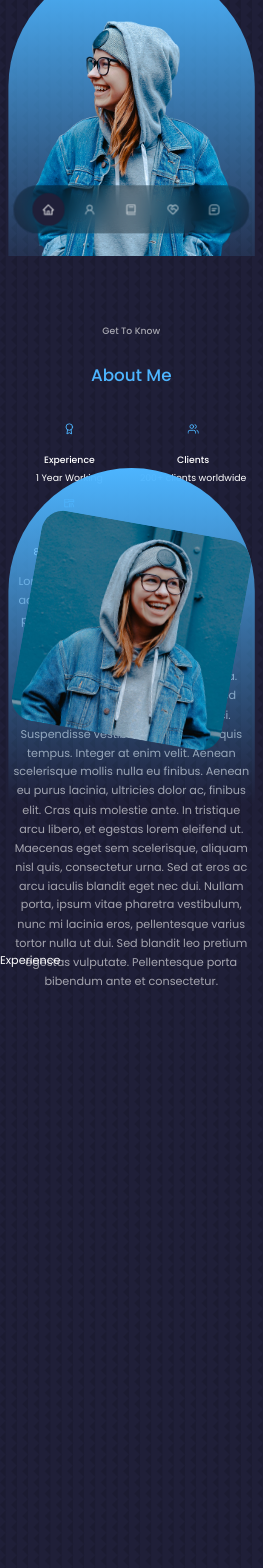
Repository: smallchungus/resumeWebsite
Page: / (app in hello/)
The author's editor kept a copy of each file at every save. The page is drawn from the files as they stood at one save, then again after a run of saves.
The browser window is 375 px wide. The pictures show the part of the page from y = 434 to 2674 px (the page is 6203 px tall), at 70% of full size.
The project was rebuilt for these pictures with package versions that can differ from the ones it lists, and the page was loaded fresh each time. Also part of the build but not shown: hello/src/components/experience/experience.css, hello/src/components/portfolio/portfolio.css, hello/src/components/contact/contact.css, hello/src/components/footer/footer.css. Imported but missing from the stored project, and not drawn on this page: hello/src/assets/cv.pdf.

Above is the page before, as saved 2023-03-23 18:13:41.

### hello/public/index.html
<!DOCTYPE html>
<html lang="en">

<head>
    <meta charset="UTF-8">
    <meta http-equiv="X-UA-Compatible" content="IE=edge">
    <meta name="viewport" content="width-device-width, initial-scale=1.0">
    <title>Resume Portfolio Website</title>
</head>
<body>
    <div id="root"></div>
</body>
</html>

### hello/src/App.jsx
import React from 'react'
import Header from './components/header/Header'
import Nav from './components/nav/Nav'
import About from './components/about/About'
import Experience from './components/experience/Experience'
import Services from './components/services/Services'
import Portfolio from './components/portfolio/Portfolio'
import Testimonial from './components/testimonial/Testimonial'
import Contact from './components/contact/Contact'
import Footer from './components/footer/Footer'

const App = () => {
  return (
    <>
    <Header />
    <Nav />
    <About />
    <Experience />
    <Services />
    <Portfolio />
    <Testimonial />
    <Contact />
    <Footer />
    </>
  )
}

export default App

### hello/src/index.css
@import url('https://fonts.googleapis.com/css2?family=Poppins:wght@300;400;500;600&display=swap');

*{
    margin: 0;
    padding: 0;
    border :0;
    outline: 0;
    box-sizing: border-box;
    list-style: none;
    text-decoration: none;

}

:root {
    --color-bg: #1f1f38;
    --color-bg-variant: #2c2c6c;
    --color-primary: #4db5ff;
    --color-primary-variant: rgba(77, 181, 255, 0.4);
    --color-white: #fff;
    --color-light: rgba(255,255,255,0.6);

    --transition: all 400ms ease;

    --container-width-lg: 75%;
    --container-width-md: 86%;
    --container-width-sm: 90%;

}

html{
    scroll-behavior: smooth;
}

body{
    font-family: 'Poppins', sans-serif;
    background: var(--color-bg);
    color: var(--color-white);
    line-height: 1.7;
    background-image: url(../src/assets/bg-texture.png)
}

/* ======================= General Styles =================*/

.container{
    width: var(--container-width-lg);
    margin: 0 auto;
}

h1,h2,h3,h4,h5{
    font-weight: 500;
}

h1{
    font-size:2.5rem;

}

section {
    margin-top: 8rem;
    height: 100vh;
}

section > h2, section > h5 {
    text-align: center;
    color: var(--color-light);
}

section > h2 {
    color: var(--color-primary);
    margin-bottom: 3rem;
}

.text-light{
    color:var(--color-light);
}

a{
    color: var(--color-primary);
    transition: var(--transition);
}

a:hover{
    color: var(--color-white);
}

.btn{
    width: max-content;
    display: inline-block;
    color: var(--color-primary);
    padding: 0.75rem 1.2rem;
    border-radius: 0.4rem;
    cursor: pointer;
    border: 1px solid var(--color-primary);
    transition: var( --transition );
}

.btn:hover{
    background: var(--color-white);
    color: var(--color-bg);
    border-color: transparent;
}

.btn-primary{
    background: var(--color-primary);
    color: var(--color-bg);
}

img{
    display: block;
    width: 100%;
    object-fit: cover;
}


/*==================Media Queries (Medium Devices ) ============= */
@media screen and (max-width: 1024px) {
    .container{
        width: var(--container-width-md);
    }

    section{
        margin-top: 6rem;
    }
}

/*==================Media Queries (Small Devices ) ============= */
@media screen and (max-width: 600px) {
    .container{
        width: var(--container-width-sm);
    }

    section > h2{
        margin-top: 2rem;
    }
}

### hello/src/components/header/Header.jsx
import React from 'react'
import './header.css'
import CTA from './CTA'
import ME from '../../assets/me.png'
import HeaderSocials from './HeaderSocials'
const Header = () => {
  return (
    <header>
      <div className="container header_container">
        <h5>Hello I'm</h5>
        <h1>William Chen</h1>
        <h5 className='text-light'>Fullstack Developer</h5>
        <CTA />
        <HeaderSocials/>

        <div className="me">
          <img src={ME} alt="me" />
        </div>

        <a href='#contact' className='scroll_down'>Scroll down</a>
      </div>
    </header>
  )
}

export default Header

### hello/src/components/nav/Nav.jsx
import React from 'react'
import './nav.css'
import {AiOutlineHome} from 'react-icons/ai'
import {AiOutlineUser}  from 'react-icons/ai'
import {BiBook} from 'react-icons/bi'
import {RiServiceLine} from 'react-icons/ri'
import {BiMessageSquareDetail} from 'react-icons/bi'
import {useState} from 'react'

const Nav = () => {
  const[activeNav, setActiveNav] = useState('#');
  return (
    <nav>
      <a href="#" onClick={() => setActiveNav('#')} className={activeNav === '#' ? 'active' : ''}><AiOutlineHome/></a>
      <a href="#about" onClick={() => setActiveNav('#about')} className={activeNav === '#about' ? 'active' : ''}><AiOutlineUser/></a>
      <a href="#experience" onClick={() => setActiveNav('#experience')} className={activeNav === '#experience' ? 'active' : ''}><BiBook/></a>
      <a href="#services" onClick={() => setActiveNav('#services')} className={activeNav === '#services' ? 'active' : ''}><RiServiceLine/></a>
      <a href="#contact" onClick={() => setActiveNav('#contact')} className={activeNav === '#contact' ? 'active' : ''}><BiMessageSquareDetail/></a>
    </nav>
  )
}

export default Nav

### hello/src/components/about/About.jsx
import React from 'react'
import './about.css'
import ME from '../../assets/me-about.jpg'
import {FiAward} from 'react-icons/fi'
import {FiUsers} from 'react-icons/fi'
import {VscFolderLibrary} from 'react-icons/vsc'

const About = () => {
  return (
    <section id='about'>
      <h5>Get To Know </h5>
      <h2>About Me</h2>

      <div className="container about_container">
        <div className="about me" >
          <div className="about_me-image">
          <img src={ME} alt="About Image" />
          </div>
        </div>

        <div className="about_content">
          <div className="about_cards">
            <article classNane="about_card">
              <FiAward className='about_icon'/>
              <h5>Experience</h5>
              <small>1 Year Working</small>
            </article>

            <article classNane="about_card">
              <FiUsers className='about_icon'/>
              <h5>Clients</h5>
              <small>200+ clients worldwide</small>
            </article>

            <article classNane="about_card">
              <VscFolderLibrary className='about_icon'/>
              <h5>Projects</h5>
              <small>80+ completed</small>
            </article>
          </div>

          <p>
          Lorem ipsum dolor sit amet, consectetur adipiscing elit. Etiam lacinia nisl sit amet placerat gravida. Phasellus nibh neque, placerat in faucibus
          id, eleifend id dui. Nunc ultrices condimentum elit eu faucibus. Curabitur sed libero magna. Pellentesque magna dui, egestas sed turpis
          sit amet, pretium dictum orci. Suspendisse vestibulum lacinia elit quis tempus. Integer at enim velit. Aenean scelerisque mollis nulla eu finibus. Aenean eu purus lacinia, ultricies dolor ac, finibus elit.
          Cras quis molestie ante. In tristique arcu libero, et egestas lorem eleifend ut. Maecenas eget sem scelerisque, aliquam nisl quis, consectetur urna. Sed at eros ac arcu iaculis blandit eget nec dui. Nullam porta,
          ipsum vitae pharetra vestibulum, nunc mi lacinia eros, pellentesque varius tortor nulla ut dui. Sed blandit leo pretium egestas vulputate. Pellentesque porta bibendum ante et consectetur.



          </p>


        </div>

      </div>

    </section>
  )
}

export default About

### hello/src/components/experience/Experience.jsx
import React from 'react'
import './experience.css'
const Experience = () => {
  return (
    <section id='experience'>Experience</section>
  )
}

export default Experience

### hello/src/components/portfolio/Portfolio.jsx
import React from 'react'
import './portfolio.css'


const Portfolio = () => {
  return (
    < section id='portfolio'>Portfolio</section>
  )
}

export default Portfolio

### hello/src/components/testimonial/Testimonial.jsx
import React from 'react'
import './testimonial.css'
const Testimonial = () => {
  return (
    <section id='testimonials'>Testimonial</section>
  )
}

export default Testimonial

### hello/src/components/contact/Contact.jsx
import React from 'react'
import './contact.css'
const Contact = () => {
  return (
    <section id='contact'>Contact</section>
  )
}

export default Contact

### hello/src/components/header/header.css
header {
    height: 100vh;
    padding-top: 7rem;
    overflow: hidden;
}

.header_container{
    text-align: center;
    height: 100%;
    position: relative;
}

/*========================= CTA ======================= */
.cta {
    margin-top: 2.5rem;
    display: flex;
    gap: 1.2rem;
    justify-content: center;

}

/* ======================= Header Socials ==================== */
.header_socials {
    display: flex;
    flex-direction: column;
    align-items: center;
    gap: 0.8rem;
    position: absolute;
    left: 0;
    bottom: 3rem;

}

.header_socials::after{
    content: '';
    width: 1px;
    height: 2rem;
    background: var(--color-primary);
}

/* ===================== ME ==================*/

.me{
    background: linear-gradient(var(--color-primary), transparent);
    width: 22rem;
    height: 30rem;
    position: absolute;
    left: calc(50% - 11rem);
    margin-top: 4rem;
    border-radius: 12rem 12rem 0 0;
    overflow: hidden;
    padding: 5rem 1.5rem 1.5rem 1.5rem;

}

.scroll_down {
    position: absolute;
    right: -2.3rem;
    bottom: 5rem;
    transform: rotate(90deg);
    font-weight: 300;
    font-size: 0.9rem;
}

@media screen and (max-width: 600px) {
    header {
        height: 100vh;
    }
}

@media screen and (max-width: 600px)
{
    header {
        height: 100vh;
    }

    .header_socials, .scroll_down{
        display: none;
    }
}

### hello/src/components/header/CTA.jsx
import React from 'react'
import CV from '../../assets/cv.pdf'
const CTA = () => {
  return (
    <div className ='cta'>
        <a href={CV} download className='btn'>Download CV</a>
        <a href="#contact" className='btn btn-primary'>Let's Talk</a>
    </div>
  )
}

export default CTA

### hello/src/components/header/HeaderSocials.jsx
import React from 'react'
import {BsLinkedin} from 'react-icons/bs'
import {BsGithub} from 'react-icons/bs'
import {AiFillDribbbleSquare} from 'react-icons/ai'
const HeaderSocials = () => {
  return (
    <div className='header_socials'>
        <a href="https://linkedin.com/willchenn" target="_blank"><BsLinkedin></BsLinkedin></a>
        <a href="https://github.com/smallchungus" target="_blank"><BsGithub></BsGithub></a>
        <a href="https://dribble.com/" target="_blank"><AiFillDribbbleSquare></AiFillDribbbleSquare></a>
        </div>
  )
}

export default HeaderSocials

### hello/src/components/nav/nav.css
nav {
    background: rgba(0, 0, 0, 0.3);
    width: max-content;
    display: block;
    padding: 0.7rem 1.7rem;
    z-index: 2;
    position: fixed;
    left: 50%;
    transform: translateX(-50%);
    bottom: 2rem;
    display: flex;
    gap: 0.8rem;
    border-radius: 3rem;
    backdrop-filter: blur(15px);
}

nav a{
    background: transparent;
    padding: 0.9rem;
    border-radius: 50%;
    display: flex;
    color: var(--color-light);
    font-size: 1.1rem;
}

nav a:hover{
    background: rgba(0,0,0,0.3);
}

nav a.active {
    background: var(--color-bg);
    color: var(--color-white);
}

### hello/src/components/about/about.css
.about_container {
    display: grid;
    grid-template-columns: 35% 50%;
    gap: 15%;
}

.about_me {
    width: 100%;
    aspect-ratio: 1/1;
    border-radius: 2rem;
    background: linear-gradient(
        45deg,
        transparent,
        var(--color-primary),
        transparent
    );
    display: grid;
    place-items: center;
}

.about_me-image{
    border-radius: 2rem;
    overflow: hidden;
    transform: rotate(10deg);
    transition: var(--transition);

}

.about_me-image:hover{
    transform: rotate(0);
}

.about_cards{
    display: grid;
    grid-template-columns: repeat(3, lfr);
    gap: 1.5rem;
}

.about_card {
    background: var(--color-bg-variant);
    border: 1px solid transparent;
    border-radius: 1rem;
    padding: 2rem;
    text-align: center;
    transition: var(--transition);
}

.about_card:hover {
    background: transparent;
    border-color: var(--color-primary-variant);
    cursor: default;
}

.about_icon {
    color: var(--color-primary);
    font-size: 1.4 rem;
    margin-bottom: 1rem;
}

.about_card h5 {
    font-size: 0.95rem;
}

.about_card small {
    font-size: 0.7 rem;
    color: var(--color-light);
}

.about_content p {
    margin: 2rem 0 2.6 rem;
    color: var(--color-light);
}

@media screen and (max-width: 1024px) {
    .about_container {
        grid-template-columns: 1fr;
        gap: 0;
    }

    .about_me {
        width: 50%;
        margin: 2rem auto 4rem;
    }

    .about_content p{
        margin: 1rem 0 1.5rem;
    }
}

@media screen and (max-width: 600px )
{
    .about_me{
        width: 65%;
        margin: 0 auto 3rem;
    }
    .about_cards {
        grid-template-columns: 1fr 1fr;
        gap: 1rem;
    }
    .about_content {
        text-align: center;
    }
    .about_content p {

    }

}

Loaded but not shown: hello/src/index.js (common file); hello/src/components/services/Services.jsx (common file); hello/src/components/footer/Footer.jsx (common file); hello/src/components/services/services.css (no stored copy; drawn as an empty file); hello/src/components/testimonial/testimonial.css (no stored copy; drawn as an empty file)

After the next 2 saves:
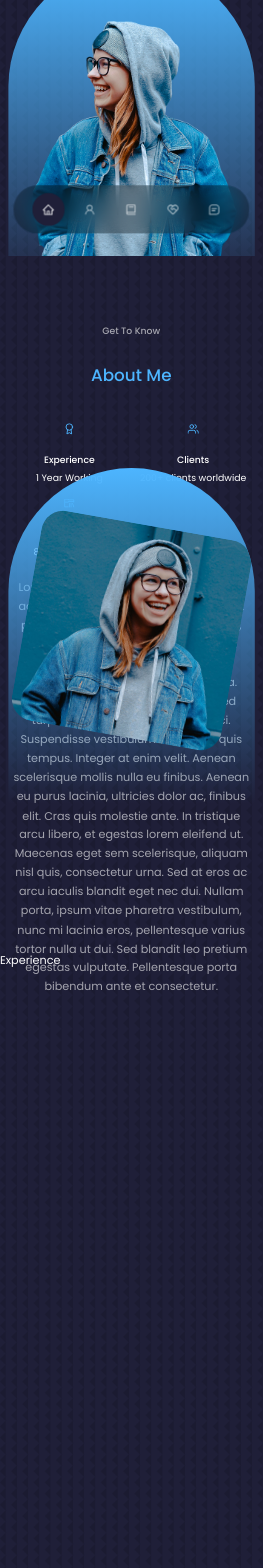
The 2 saves are shown as one change because they came seconds apart.
The last was saved 8 s later.
--- a/hello/src/components/about/about.css
+++ b/hello/src/components/about/about.css
@@ -101,7 +101,6 @@
         text-align: center;
     }
     .about_content p {
-
+        margin: 1.5rem 0;
     }
-
 }
